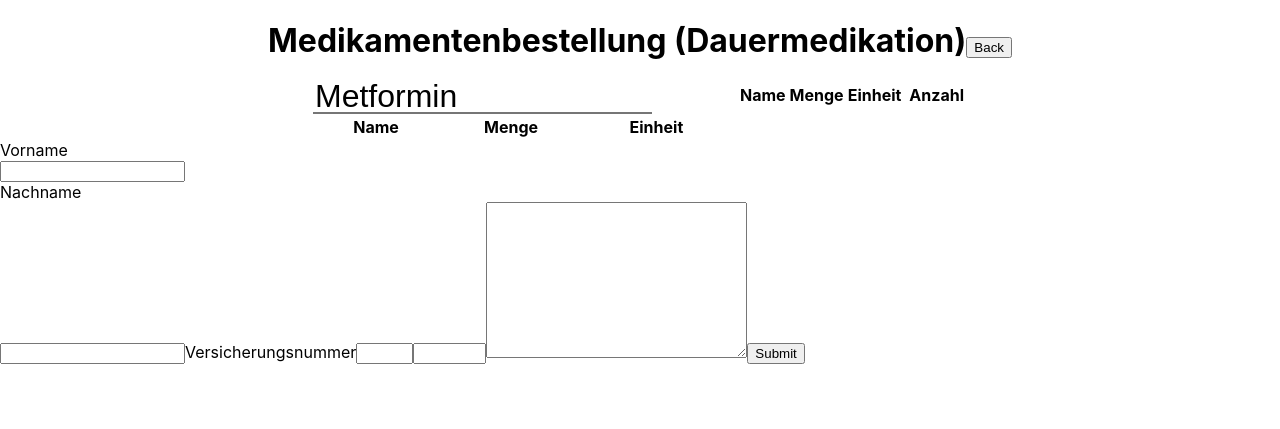
Repository: Esatollah/MedDemo
Page: / (app in client/)
The author's editor kept a copy of each file at every save. The page is drawn from the files as they stood at one save, then again after the next save.
The browser window is 1280 px wide. The pictures show the whole page.
The page's requests for data from a server got no answer. The project was rebuilt for these pictures with package versions that can differ from the ones it lists, and the page was loaded fresh each time. No one was signed in, and anything a server would have sent is missing. Also part of the build but not shown: client/src/App.css, client/src/Routes/Bestellungen.jsx.

Above is the page before, as saved 2022-06-08 16:32:00.

After the next save:
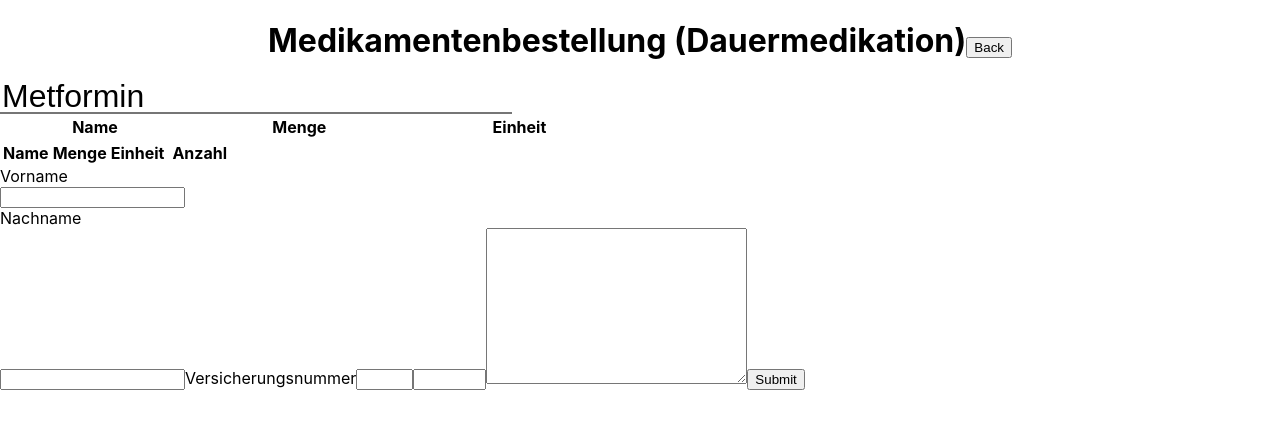
Saved 48 s later.
--- a/client/src/Routes/Search.jsx
+++ b/client/src/Routes/Search.jsx
@@ -64,7 +64,6 @@ const Search = () => {
   return (
     <>
       <h1>Medikamentenbestellung (Dauermedikation)<a href='/bestellungen'><button >Back</button></a></h1>
-      <div className='order-box'>
         <div className='search-box'>
           <input type="search" placeholder="Suche" id="search" value={searchinput} onChange={e => setSearchinput(e.target.value)} />
           <div className='table-box'>
@@ -94,7 +93,6 @@ const Search = () => {
 
             </table>
           </div>
-        </div>
 
         <div>
           <table>
